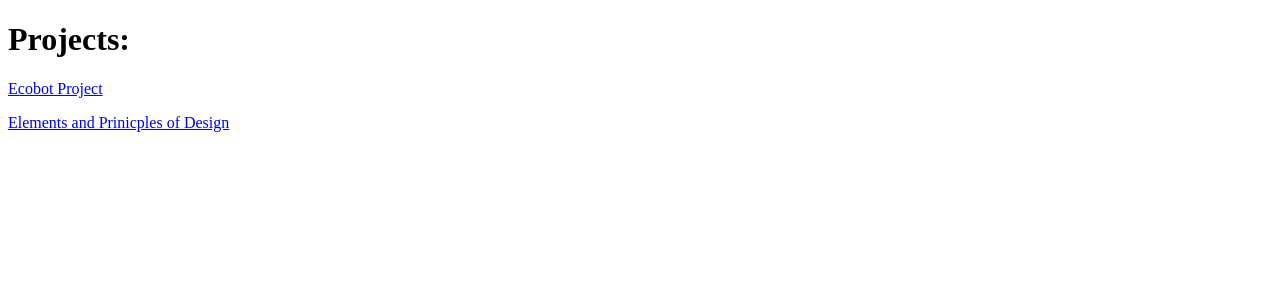
Repository: Isaakwashere/isaakwashere.github.io
Page: Engineering.html
The author's editor kept a record of every edit. The page is drawn from the files as they stood at one moment, then again after the next edit.
The browser window is 1280 px wide. The pictures show the whole page.

Above is the page before.

### Engineering.html
<!DOCTYPE html>
<html>
   <style>
body {

}
</style>


<body>


<h1 style="color:black;">Projects:</h1>
<p><a href="https://docs.google.com/presentation/d/1irt5dnKneLoVGd2yoK8-gBGLSylWtcAEDHAbf8LmWoI/edit?usp=sharing">Ecobot Project</p>
<p><a href="https://docs.google.com/presentation/d/1wepdQ0bacTV4cJ4aJ8e1kTLoSTlpQWKPpgdMPeGiRps/edit?usp=sharing">Elements and Prinicples of Design</p>



</body>
</html>

After the next edit:
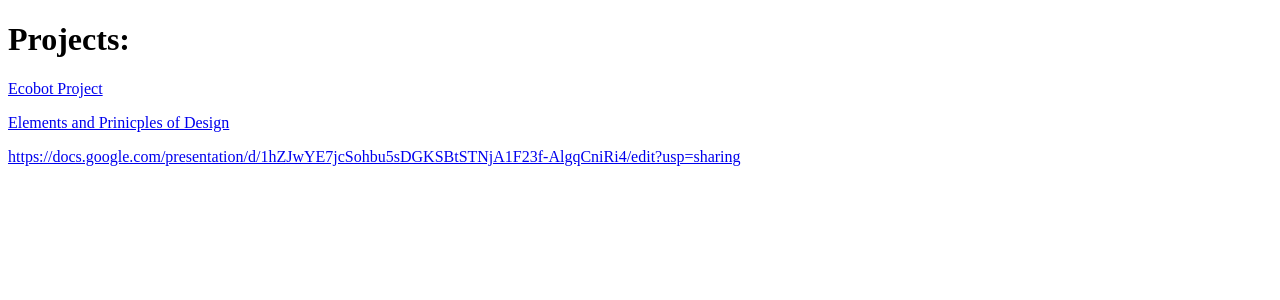
The edit:
--- a/Engineering.html
+++ b/Engineering.html
@@ -18,3 +18,5 @@
 
 </body>
 </html>
+
+https://docs.google.com/presentation/d/1hZJwYE7jcSohbu5sDGKSBtSTNjA1F23f-AlgqCniRi4/edit?usp=sharing
